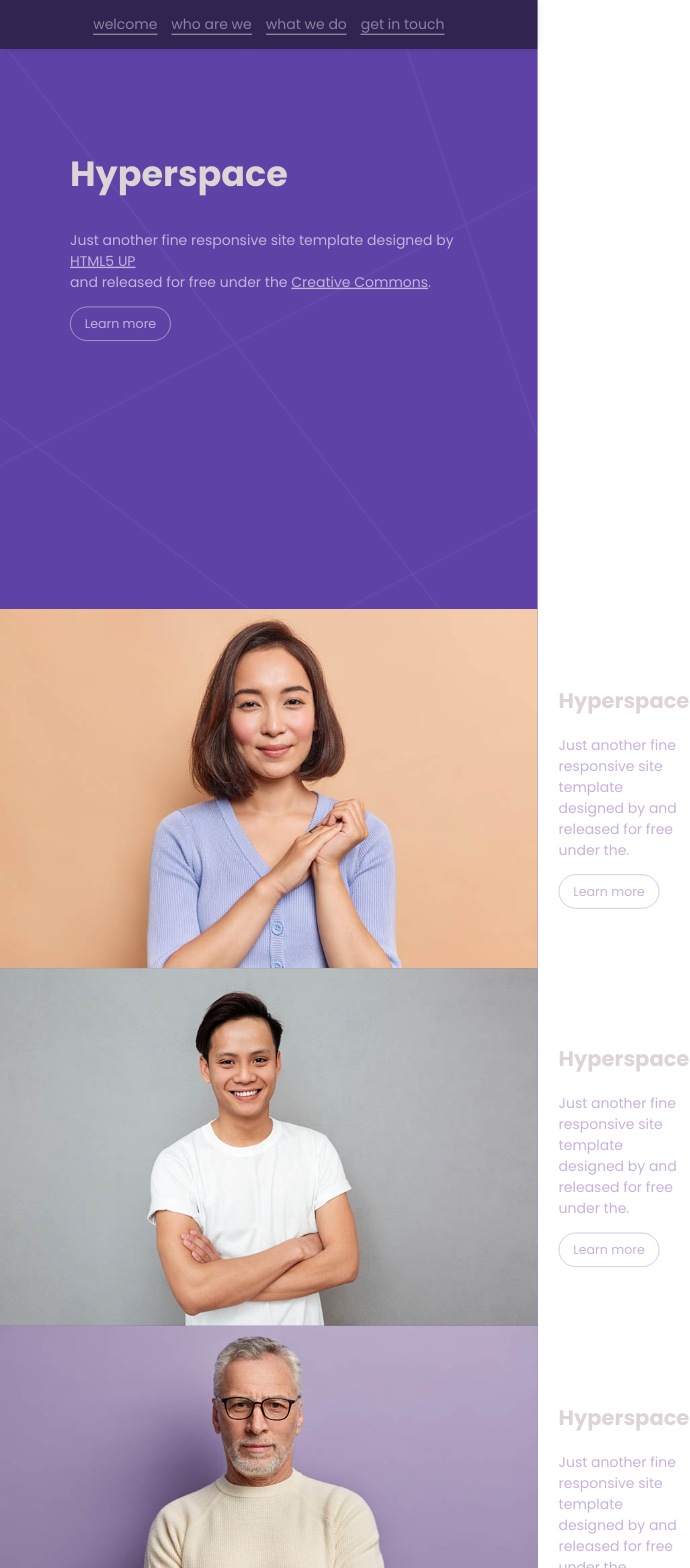
Repository: zai31/KIMIT_Tasks
Page: JsSession8/index.html
These files come from the project's save history. The page is drawn as it stood at one moment and after the next save; the edit follows.
The browser window is 768 px wide. The page is 985 px wide, then 768 px, so the pictures cover 985 px, including what lies to the right of the window. The pictures show the part of the page from y = 0 to 2240 px (the page is 4387 px tall before and 5149 px after), at 70% of full size.
Backgrounds fixed to the window are drawn as part of the page.

Above is the page before, as saved 2025-09-16 18:03:27.

After the next save:
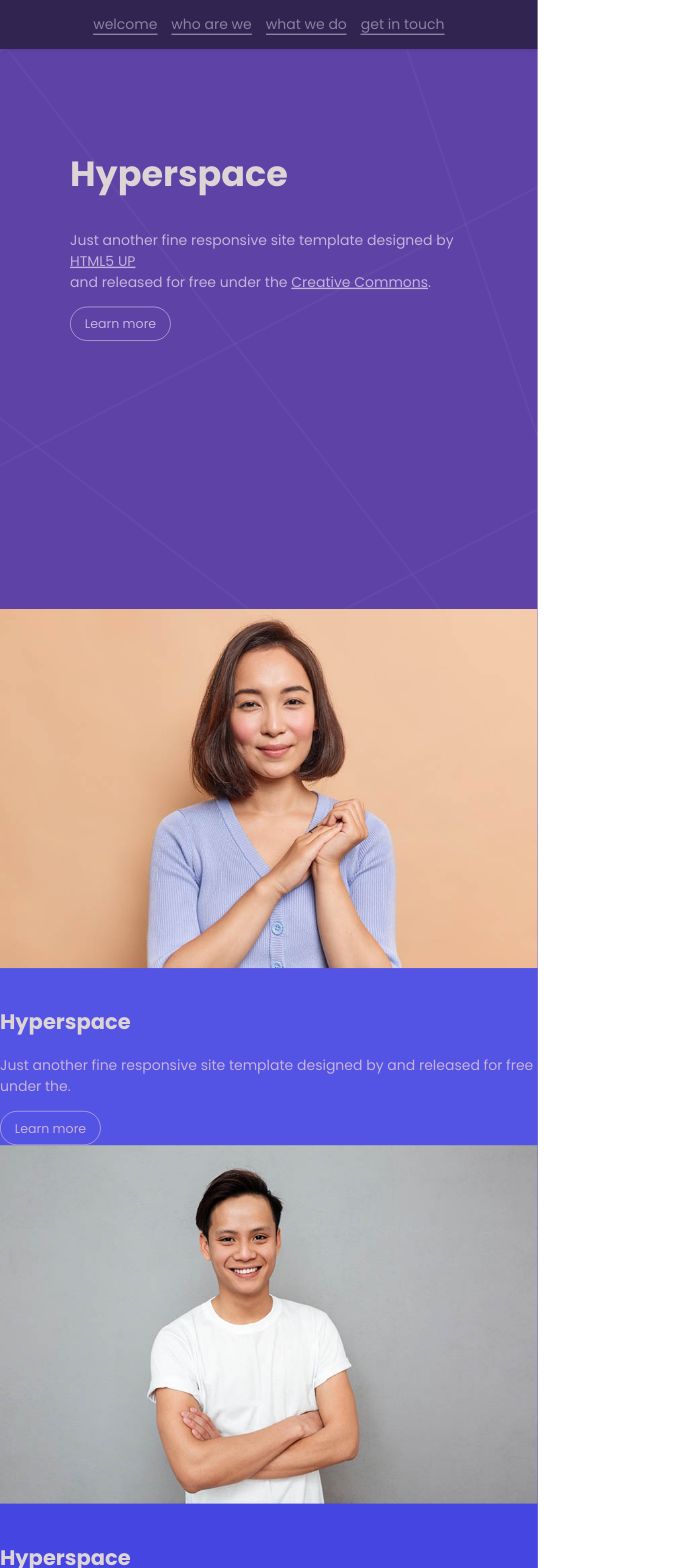
Saved 47 s later.
--- a/JsSession8/CSS/style.css
+++ b/JsSession8/CSS/style.css
@@ -241,7 +241,7 @@ body {
     .flex-section .section {
         padding-left: 0; /* remove left offset since sidebar is gone */
     }
-   .section .content .overview  {
+   .flex-section .section .content .overview .s {
         display: flex;
         flex-direction: column;
     }
